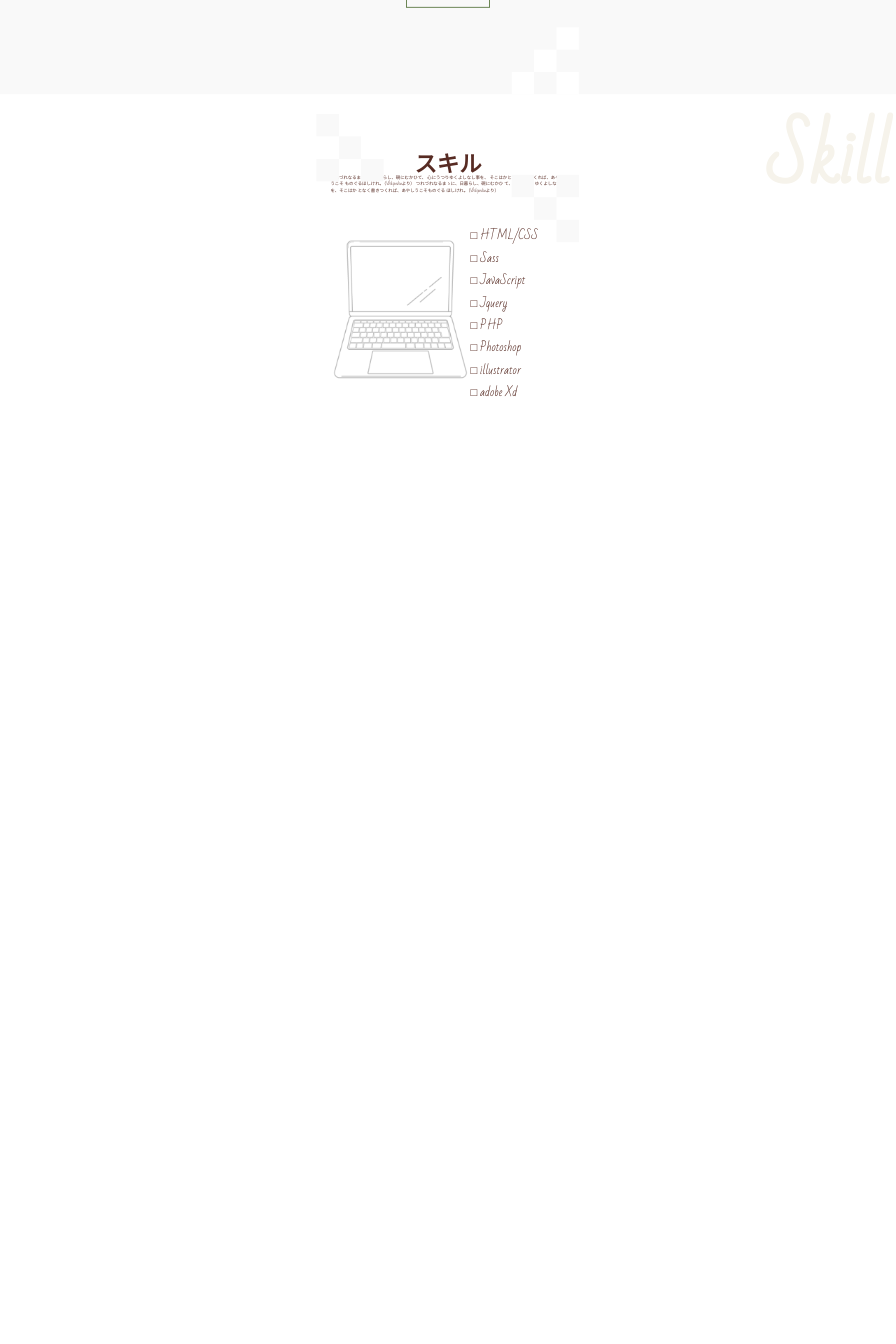
Repository: ppmp556/igarashi.kakuu
Page: index.html
The author's editor kept a copy of each file at every save. The page is drawn from the files as they stood at one save, then again after the next save.
The browser window is 1280 px wide. The pictures show the part of the page from y = 3607 to 5527 px (the page is 5881 px tall before and 5897 px after), at 70% of full size.
Some web libraries are served in a nearby version. The style sheet was rebuilt from its Sass, Less or Tailwind sources for each picture, by a compiler version that may differ from the author's.

Above is the page before, as saved 2020-10-27 10:48:40.
Console error: TypeError: Cannot read properties of null (reading 'addEventListener')

After the next save:
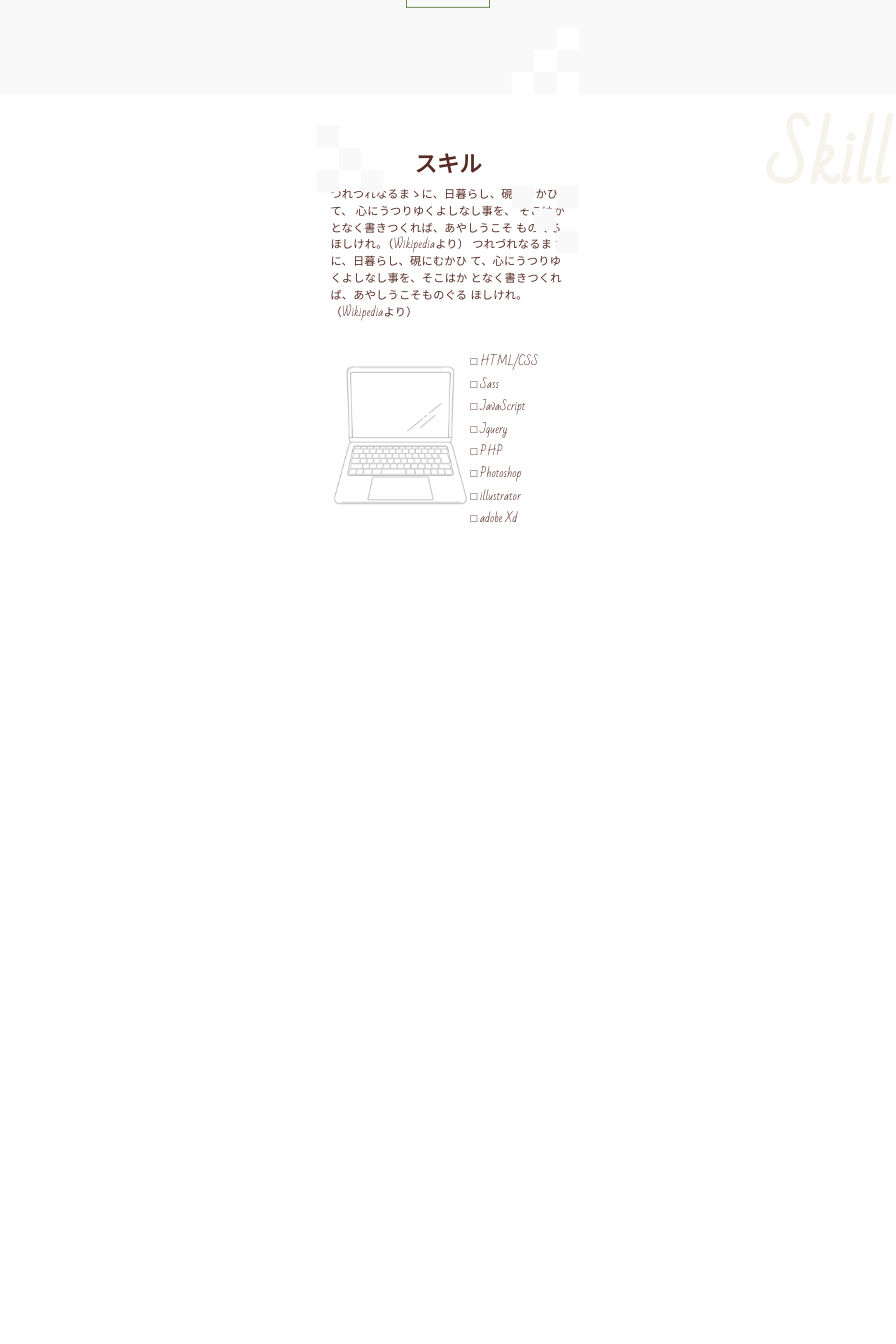
Saved 2 min 43 s later.
--- a/scss/style.scss
+++ b/scss/style.scss
@@ -728,4 +728,11 @@ skill
         font-size: 1.6rem;
         line-height: 2em;
     }
-}
+
+     &_txt {
+        margin: 16px 0;
+        font-size: 1.6rem;
+        letter-spacing: .32px;
+        line-height: 1.5;
+    }
+}
